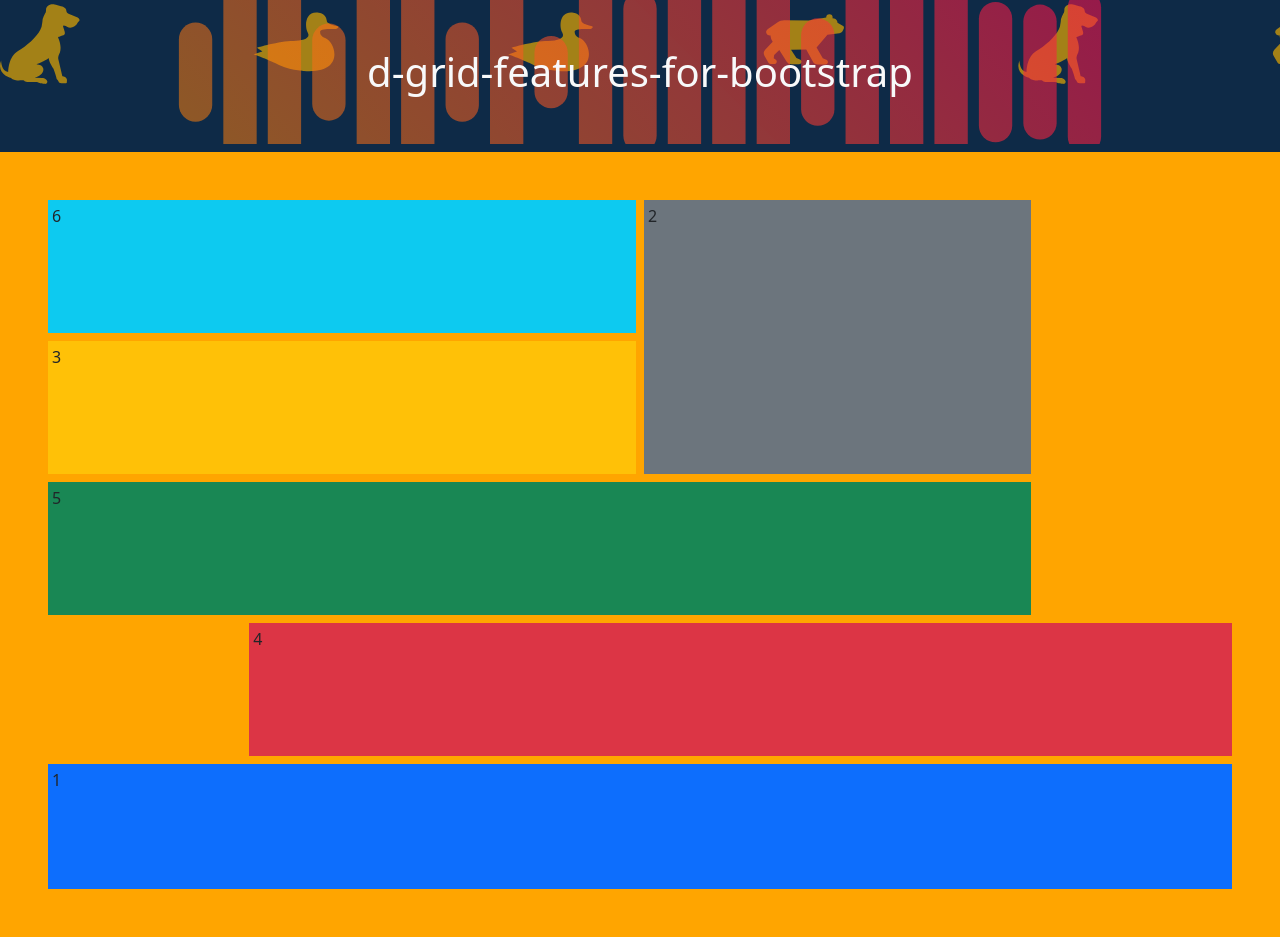
Repository: LynxPardelle/d-grid-features-for-bootstrap
Page: index.html
An editor plug-in stored every save of this project. The page is shown before and after the next save, followed by the edit.
The browser window is 1280 px wide. The pictures show the whole page.

Above is the page before, as saved 2021-10-20 23:11:45.

### index.html
<!DOCTYPE html>
<html lang="en">
  <head>
    <meta charset="UTF-8" />
    <meta http-equiv="X-UA-Compatible" content="IE=edge" />
    <meta name="viewport" content="width=device-width, initial-scale=1.0" />
    <meta name="author" content="Lynx Pardelle" />
    <title>d-grid-features-for-bootstrap</title>
    <link
      href="https://cdn.jsdelivr.net/npm/bootstrap@5.1.3/dist/css/bootstrap.min.css"
      rel="stylesheet"
      integrity="sha384-1BmE4kWBq78iYhFldvKuhfTAU6auU8tT94WrHftjDbrCEXSU1oBoqyl2QvZ6jIW3"
      crossorigin="anonymous"
    />
    <style>
      body {
        background-image: url("data:[embedded picture, 9376 characters]");
        background-size: cover;
        background-repeat: repeat;
        background-position: left top;
      }

      h1 {
        background-image: url("data:[embedded picture, 2297 characters]");
        background-size: cover;
        background-repeat: no-repeat;
        background-position: center center;
      }
    </style>
  </head>
  <body>
    <h1 class="text-center p-5 text-light">d-grid-features-for-bootstrap</h1>

    <!-- <section class="d-grid bg-dark" data-gfbs data-gfbs-gtc="repeat(4, 1fr)" data-gfbs-gtr="repeat(2, 50px)" > -->
    <!-- <section class="d-grid bg-dark" data-gfbs data-gfbs-gta='"f f b c c a"" f f d e e a"'> -->
      <section
      class="d-grid"
      data-gfbs
      data-gfbs-custom="background-color: black; padding: 1rem;"
      data-gfbs-custom-sm="background-color: pink; padding: 2rem;"
      data-gfbs-custom-md="background-color: orange; padding: 3rem;"
      data-gfbs-gt='
      [row1-start] "a a b ." 12.5px [row1-end]
      [row2-start] "a a b ." 12.5px [row2-end]
      [row3-start] "c c b d" 12.5px [row3-end]
      [row4-start] "c c b d" 12.5px [row4-end]
      [row5-start] "e e e d" 12.5px [row5-end]
      [row6-start] "e e e d" 12.5px [row6-end]
      [row7-start] ". f f f" 12.5px [row7-end]
      [row8-start] ". f f f" 12.5px [row8-end]
      [row9-start] "g g g g" 25px [row9-end]
      / 2fr 1fr 1fr 3fr'
      data-gfbs-gt-sm='
      [row1-start] "a b b ." 25px [row1-end]
      [row2-start] "a b b ." 25px [row2-end]
      [row3-start] "c c c ." 25px [row3-end]
      [row4-start] "c c c ." 25px [row4-end]
      [row5-start] "e e d d" 25px [row5-end]
      [row6-start] "e e d d" 25px [row6-end]
      [row7-start] ". f f ." 25px [row7-end]
      [row8-start] ". f f ." 25px [row8-end]
      [row9-start] "g g g g" 50px [row9-end]
      / 1fr 2fr 2fr 1fr'
      data-gfbs-gt-md='
      [row1-start] "a a a b" 37.5px [row1-end]
      [row2-start] "a a a b" 37.5px [row2-end]
      [row3-start] "c c d d" 37.5px [row3-end]
      [row4-start] "c c d d" 37.5px [row4-end]
      [row5-start] "e e d d" 37.5px [row5-end]
      [row6-start] "e e d d" 37.5px [row6-end]
      [row7-start] "f f f f" 37.5px [row7-end]
      [row8-start] "g g g g" 37.5px [row8-end]
      [row9-start] "g g g g" 75px [row9-end]
      / 1fr 2fr 2fr 1fr'
      data-gfbs-gt-lg='
      [row1-start] "a a b ." 50px [row1-end]
      [row2-start] "a a b ." 50px [row2-end]
      [row3-start] "c c b d" 50px [row3-end]
      [row4-start] "c c b d" 50px [row4-end]
      [row5-start] "e e e d" 50px [row5-end]
      [row6-start] "e e e d" 50px [row6-end]
      [row7-start] ". f f f" 50px [row7-end]
      [row8-start] ". f f f" 50px [row8-end]
      [row9-start] "g g g g" 100px [row9-end]
      / 1fr 2fr 2fr 1fr'
      data-gfbs-gt-xl='
      [row1-start] "a a b ." 62.5px [row1-end]
      [row2-start] "a a b ." 62.5px [row2-end]
      [row3-start] "c c b d" 62.5px [row3-end]
      [row4-start] "c c b d" 62.5px [row4-end]
      [row5-start] "e e e d" 62.5px [row5-end]
      [row6-start] "e e e d" 62.5px [row6-end]
      [row7-start] ". f f f" 62.5px [row7-end]
      [row8-start] ". f f f" 62.5px [row8-end]
      [row9-start] "g g g g" 125px [row9-end]
      / 1fr 2fr 2fr 1fr'
      data-gfbs-gt-xxl='
      [row1-start] "a a b ." 87.5px [row1-end]
      [row2-start] "a a b ." 87.5px [row2-end]
      [row3-start] "c c b d" 87.5px [row3-end]
      [row4-start] "c c b d" 87.5px [row4-end]
      [row5-start] "e e e d" 87.5px [row5-end]
      [row6-start] "e e e d" 87.5px [row6-end]
      [row7-start] ". f f f" 87.5px [row7-end]
      [row8-start] ". f f f" 87.5px [row8-end]
      [row9-start] "g g g g" 150px [row9-end]
      / 1fr 2fr 2fr 1fr'
      data-gfbs-gap="0.5rem"
    >
      <!-- data-gfbs-cg="1rem"
      data-gfbs-rg="1rem" -->
      <div
        data-gfbs
        data-gfbs-iga="a"
        data-gfbs-iga-sm="g"
        class="bg-primary p-1"
      >
        1
      </div>

      <div data-gfbs data-gfbs-iga="b" class="bg-secondary p-1">2</div>
      <div data-gfbs data-gfbs-iga="c" class="bg-warning p-1">3</div>
      <div
        data-gfbs
        data-gfbs-iga="d"
        data-gfbs-iga-lg="f"
        class="bg-danger p-1"
      >
        4
      </div>
      <div data-gfbs data-gfbs-iga="e" class="bg-success p-1">5</div>
      <div data-gfbs data-gfbs-iga="f" data-gfbs-iga-md="a" class="bg-info p-1">
        6
      </div>
    </section>

    <script
      src="https://cdn.jsdelivr.net/npm/bootstrap@5.1.3/dist/js/bootstrap.bundle.min.js"
      integrity="sha384-ka7Sk0Gln4gmtz2MlQnikT1wXgYsOg+OMhuP+IlRH9sENBO0LRn5q+8nbTov4+1p"
      crossorigin="anonymous"
    ></script>
    <script src="./d-grid.js"></script>
  </body>
</html>

### d-grid.js
"use strict";

function gridCreate(){
  let wWidth = window.innerWidth;
  let gridElements = document.querySelectorAll("[data-gfbs]");

  function checkIfHasBP(gridElement, atr) {
    let hasIt = false;
    for (let attribute of gridElement.attributes) {
      let at = attribute.localName;
      if (at.includes(atr)) {
        switch (true) {
          case at.includes("-sm") && wWidth >= 576 && wWidth < 768:
            hasIt = true;
            break;
          case at.includes("-md") && wWidth >= 768 && wWidth < 992:
            hasIt = true;
            break;
          case at.includes("-lg") && wWidth >= 992 && wWidth < 1200:
            hasIt = true;
            break;
          case at.includes("-xl") && wWidth >= 1200 && wWidth < 1400:
            hasIt = true;
            break;
          case at.includes("-xxl") && wWidth >= 1400:
            hasIt = true;
            break;
        }
      }
    }

    return hasIt;
  }

  for (let gridElement of gridElements) {
    for (let attribute of gridElement.attributes) {
      let at = attribute.localName;
      let attValue = attribute.value;

      if (
        at.includes("gfbs-") &&
        ((!at.includes("-sm") &&
          !at.includes("-md") &&
          !at.includes("-lg") &&
          !at.includes("-xl") &&
          !at.includes("-xxl") &&
          !checkIfHasBP(gridElement, at)) ||
          (at.includes("-sm") &&
            wWidth >= 576 &&
            (!at.includes("-md") || (at.includes("-md") && wWidth < 768)) &&
            (!at.includes("-lg") || (at.includes("-lg") && wWidth < 992)) &&
            (!at.includes("-xl") || (at.includes("-xl") && wWidth < 1200)) &&
            (!at.includes("-xll") || (at.includes("-xxl") && wWidth < 1400))) ||
          (at.includes("-md") &&
            wWidth >= 768 &&
            (!at.includes("-lg") || (at.includes("-lg") && wWidth < 992)) &&
            (!at.includes("-xl") || (at.includes("-xl") && wWidth < 1200)) &&
            (!at.includes("-xll") || (at.includes("-xxl") && wWidth < 1400))) ||
          (at.includes("-lg") &&
            wWidth >= 992 &&
            (!at.includes("-xl") || (at.includes("-xl") && wWidth < 1200)) &&
            (!at.includes("-xll") || (at.includes("-xxl") && wWidth < 1400))) ||
          (at.includes("-xl") &&
            wWidth >= 1200 &&
            (!at.includes("-xll") || (at.includes("-xxl") && wWidth < 1400))) ||
          (at.includes("-xxl") && wWidth >= 1400))
      ) {
        switch (true) {
          /* Container */
          case at.includes("custom"):
            gridElement.style.cssText += attValue;
            break;
          case at.includes("gtc"):
            gridElement.style.gridTemplateColumns = attValue;
            break;
          case at.includes("gtr"):
            gridElement.style.gridTemplateRows = attValue;
            break;
          case at.includes("gta"):
            gridElement.style.gridTemplateAreas = attValue;
            break;
          case at.includes("gt"):
            gridElement.style.gridTemplate = attValue;
            break;
          case at.includes("cg"):
            gridElement.style.columnGap = attValue;
            break;
          case at.includes("rg"):
            gridElement.style.rowGap = attValue;
            break;
          case at.includes("gap"):
            gridElement.style.gap = attValue;
            break;
          case at.includes("ji"):
            gridElement.style.justifyItems = attValue;
            break;
          case at.includes("ai"):
            gridElement.style.alignItems = attValue;
            break;
          case at.includes("pi"):
            gridElement.style.placeItems = attValue;
            break;
          case at.includes("jc"):
            gridElement.style.justifyContent = attValue;
            break;
          case at.includes("ac"):
            gridElement.style.alignContent = attValue;
            break;
          case at.includes("pc"):
            gridElement.style.placeContent = attValue;
            break;
          case at.includes("gac"):
            gridElement.style.gridAutoColumns = attValue;
            break;
          case at.includes("gar"):
            gridElement.style.gridAutoRows = attValue;
            break;
          case at.includes("gaf"):
            gridElement.style.gridAutoFlow = attValue;
            break;
          case at.includes("grid"):
            gridElement.style.grid = attValue;
            break;

          /* Item */
          case at.includes("gcs"):
            gridElement.style.gridColumnStart = attValue;
            break;
          case at.includes("gce"):
            gridElement.style.gridColumnEnd = attValue;
            break;
          case at.includes("gc"):
            gridElement.style.gridColumn = attValue;
            break;
          case at.includes("grs"):
            gridElement.style.gridRowStart = attValue;
            break;
          case at.includes("gre"):
            gridElement.style.gridRowEnd = attValue;
            break;
          case at.includes("gr"):
            gridElement.style.gridRow = attValue;
            break;
          case at.includes("iga"):
            gridElement.style.gridArea = attValue;
            break;
          case at.includes("js"):
            gridElement.style.justifySelf = attValue;
            break;
          case at.includes("as"):
            gridElement.style.alignSelf = attValue;
            break;
          case at.includes("ps"):
            gridElement.style.placeSelf = attValue;
            break;
        }
      }
    }
  }
}

window.onload = gridCreate();
window.addEventListener("resize", gridCreate);

After the next save:
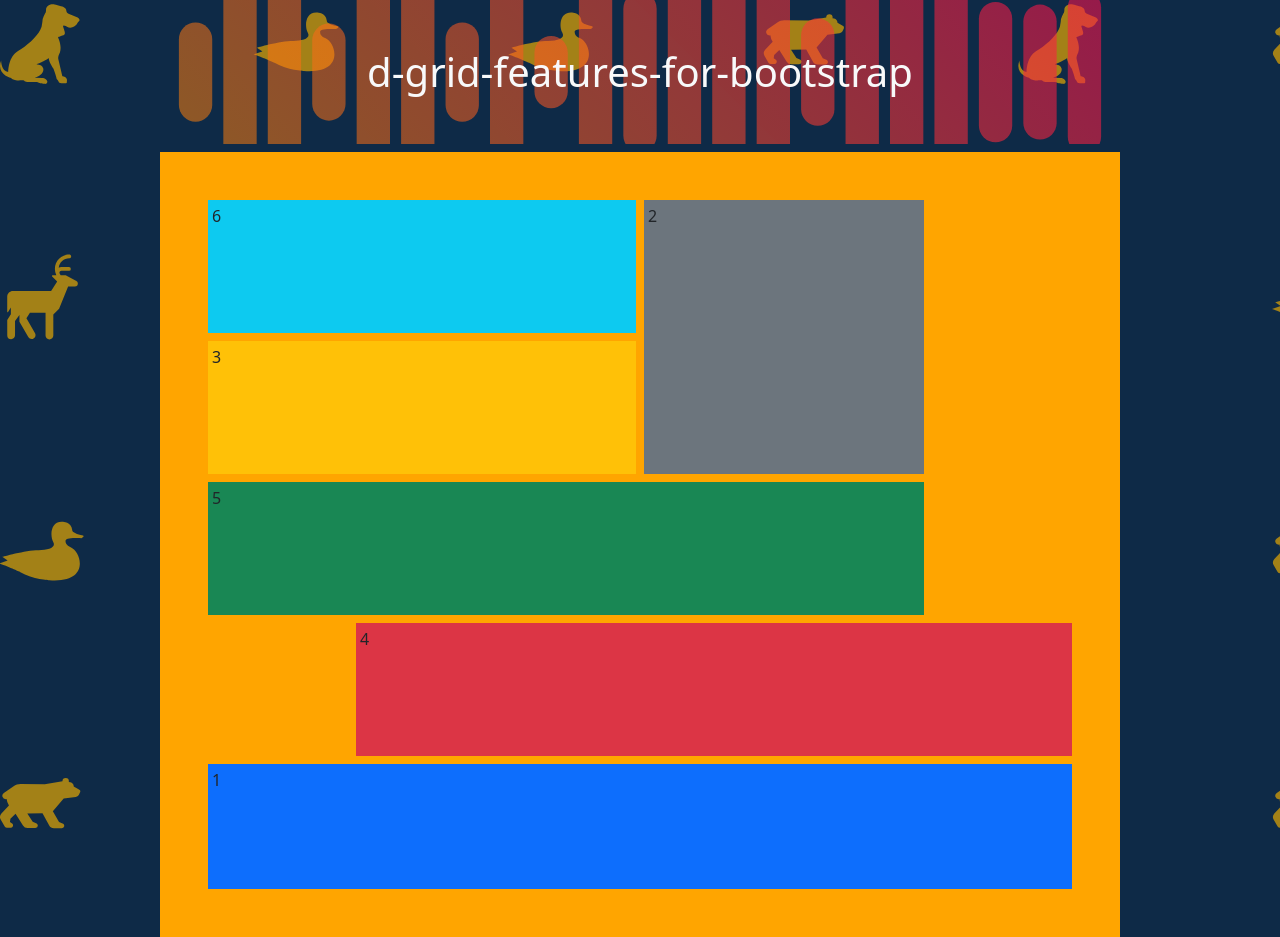
Saved 15 s later.
--- a/index.html
+++ b/index.html
@@ -34,7 +34,7 @@
     <!-- <section class="d-grid bg-dark" data-gfbs data-gfbs-gtc="repeat(4, 1fr)" data-gfbs-gtr="repeat(2, 50px)" > -->
     <!-- <section class="d-grid bg-dark" data-gfbs data-gfbs-gta='"f f b c c a"" f f d e e a"'> -->
       <section
-      class="d-grid"
+      class="d-grid w-75 mx-auto"
       data-gfbs
       data-gfbs-custom="background-color: black; padding: 1rem;"
       data-gfbs-custom-sm="background-color: pink; padding: 2rem;"
